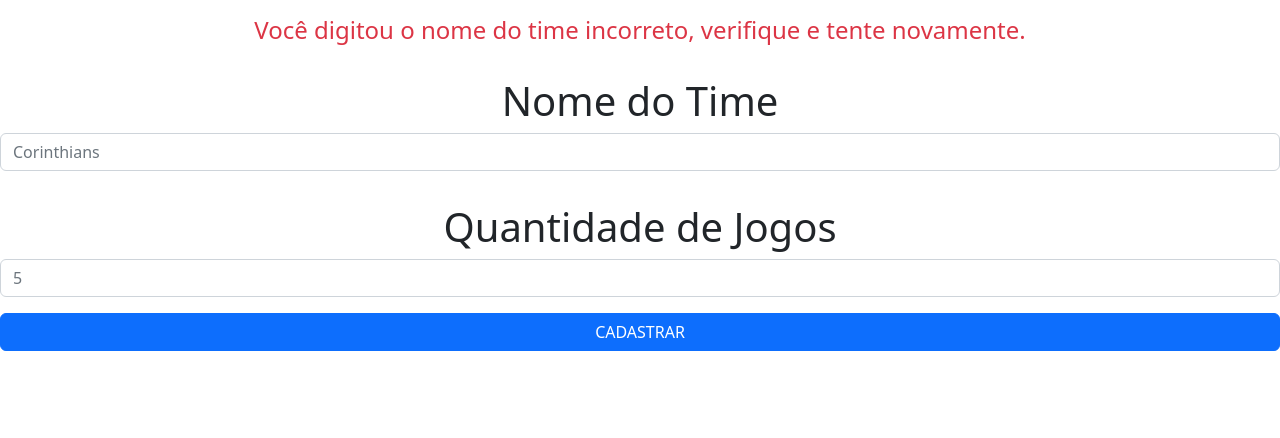
Repository: ricardodamaceno/Coeficiente-de-Variacao-de-Gols
Page: http://localhost/add-erro
These files come from the project's save history. The page is drawn as it stood at one moment and after the next save; the edit follows.
The browser window is 1280 px wide. The pictures show the whole page.
The page is this project's Thymeleaf template; nobody is signed in. The template is opened directly, without the code that normally fills it, so the values that code supplies are empty.

Above is the page before, as saved 2022-09-20 18:32:34.

After the next save:
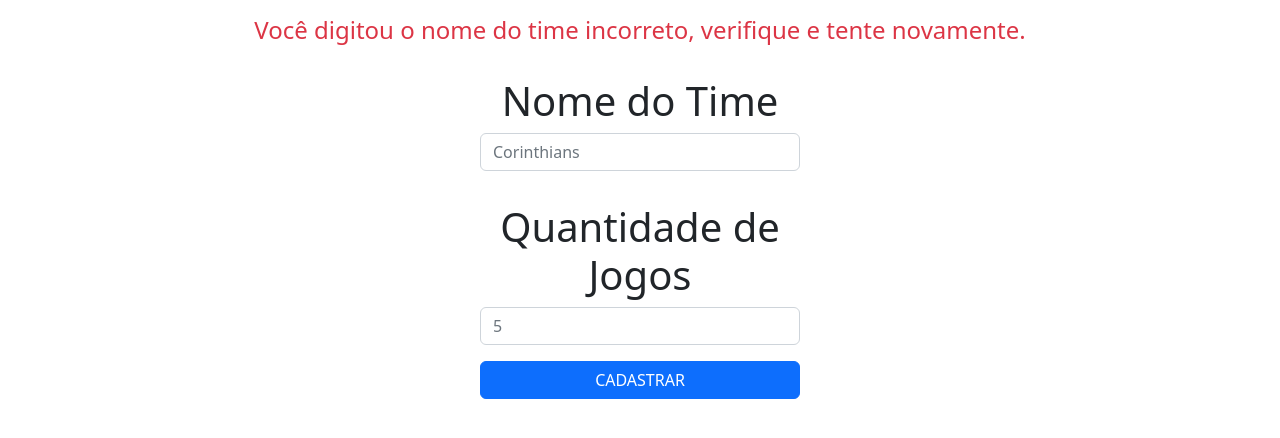
Saved 8 s later.
--- a/aposta-tozo/src/main/resources/templates/add-erro.html
+++ b/aposta-tozo/src/main/resources/templates/add-erro.html
@@ -14,7 +14,7 @@
 
 <body>
 <h4 class="mb-3 mt-3 text-center text-danger">Você digitou o nome do time incorreto, verifique e tente novamente.</h4>
-<div class="col-md-12 rounded mx-auto d-block">
+<div class="col-md-3 rounded mx-auto d-block">
 	<form method="post" action="/add">
 		<div class="mb-3 text-center">
 			<label for="exampleInputEmail1" class="form-label mt-3 h1">Nome do Time</label>
